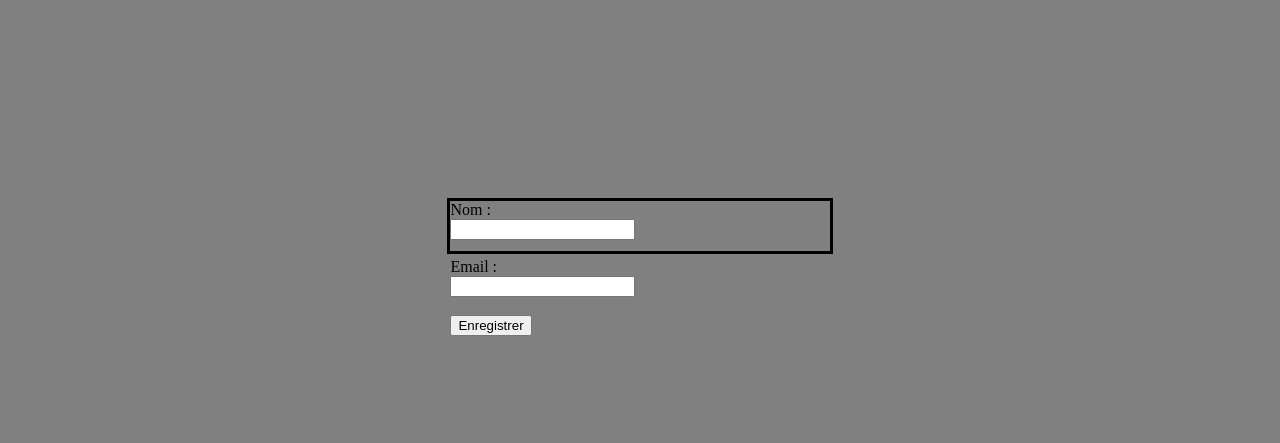
Repository: Haidara-97/TPJEE
Page: http://localhost/AppTest/
An editor plug-in stored every save of this project. The page is shown before and after the next save, followed by the edit.
The browser window is 1280 px wide. The pictures show the whole page.
The page is served by Tomcat 9.

Above is the page before, as saved 2025-06-18 14:09:17.

After the next save:
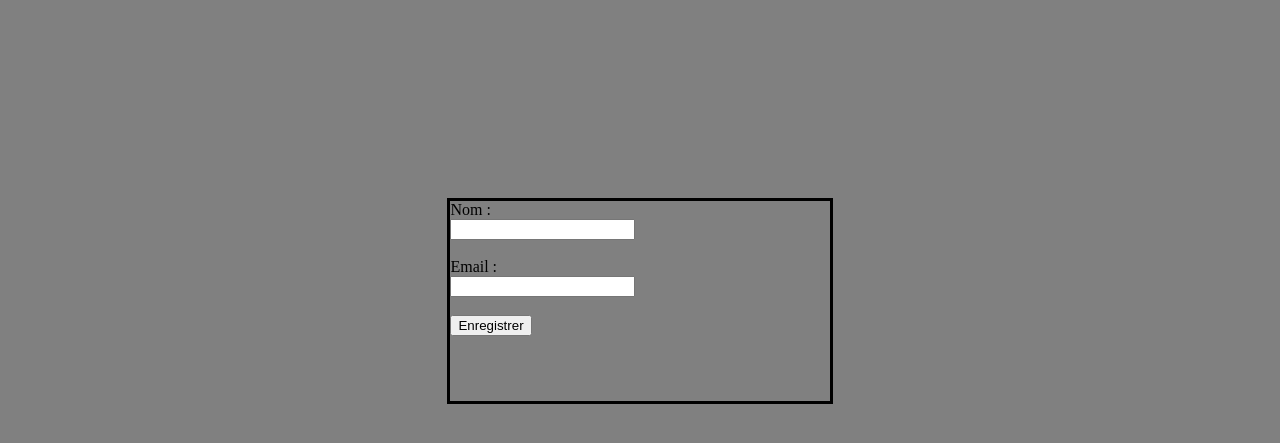
Saved 27 s later.
--- a/AppTest/src/main/webapp/index.jsp
+++ b/AppTest/src/main/webapp/index.jsp
@@ -16,7 +16,7 @@ margin :auto;
 margin-top:15%;
 border: solid;
 width:30%;
-height: 50px;
+height: 200px;
 }
 </style>
 </head>
